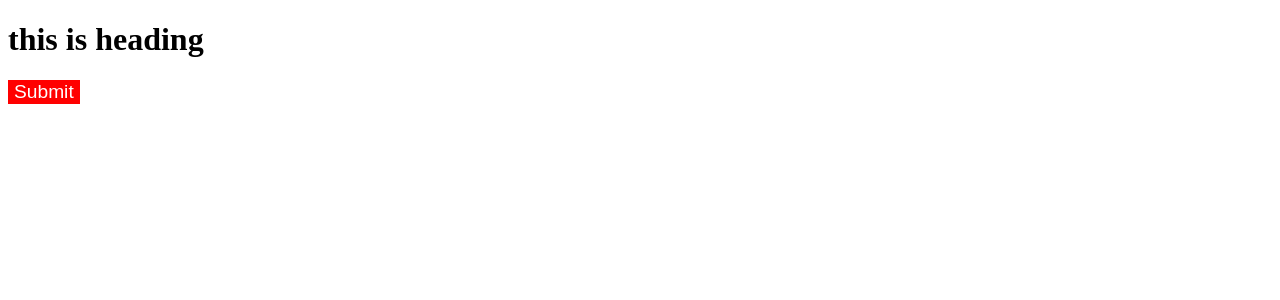
Repository: Kamrangujjar85112/Javascript-Vanilla-Projects
Page: index.html
The author's editor kept a copy of each file at every save. The page is drawn from the files as they stood at one save, then again after the next save.
The browser window is 1280 px wide. The pictures show the whole page.

Above is the page before, as saved 2022-01-20 22:35:11.

After the next save:
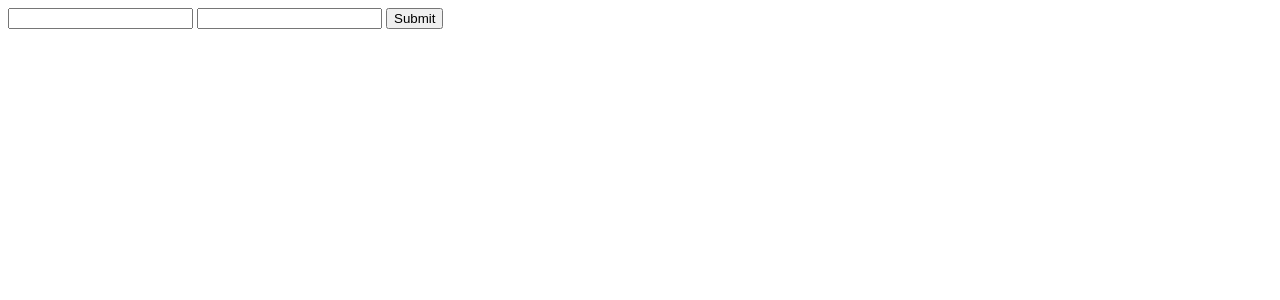
Console error: TypeError: Cannot read properties of null (reading 'addEventListener')
Saved 2 min 48 s later.
--- a/index.html
+++ b/index.html
@@ -31,10 +31,11 @@
     </style>
 </head>
 <body>
-    <div class="container">
-       <h1 class="heading">this is heading</h1>
-    </div>
-    <button class="btn">Submit</button>
+    <form action="" id = "form">
+        <input type="text" id = "name">
+        <input type="password" id = "password">
+        <input type="submit" id = "Submit">
+    </form>
     <!-- script-tag -->
 
     <script src="app.js"></script>
